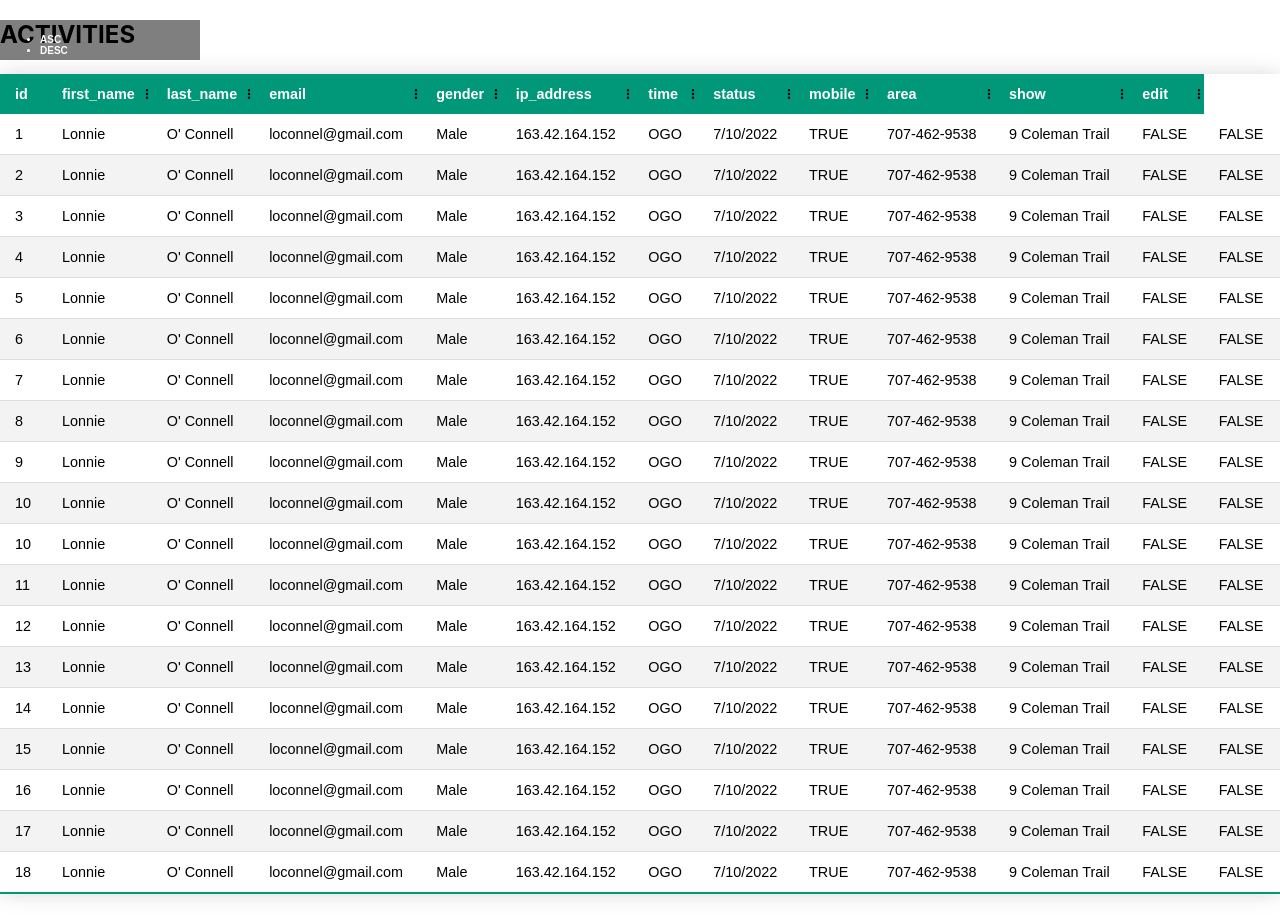
Repository: kartik077-cr7/Ckart
Page: /, after clicking the first element matching `img`
The author's editor kept a copy of each file at every save. The page is drawn from the files as they stood at one save, then again after the next save.
The browser window is 1280 px wide. The pictures show the whole page.
The project was rebuilt for these pictures with package versions that can differ from the ones it lists, and the page was loaded fresh each time.

Above is the page before, as saved 2022-12-10 17:57:24.

### src/App.js
import Table from "./components/Table";
import './App.css';

const driversData = [
  {
    id: 1,
    first_name: "Lonnie",
		last_name: "O' Connell ",
		email: "loconnel@gmail.com",
		gender: "Male",
		ip_address: "163.42.164.152",
		airport_code:"OGO",
		time:"7/10/2022",
		status:"TRUE",
		mobile:"707-462-9538",
		area: "9 Coleman Trail",
		show: "FALSE",
		edit: "FALSE"
  },
  {
    id: 2,
    first_name: "Lonnie",
		last_name: "O' Connell ",
		email: "loconnel@gmail.com",
		gender: "Male",
		ip_address: "163.42.164.152",
		airport_code:"OGO",
		time:"7/10/2022",
		status:"TRUE",
		mobile:"707-462-9538",
		area: "9 Coleman Trail",
		show: "FALSE",
		edit: "FALSE"
  },
  {
    id: 3,
    first_name: "Lonnie",
		last_name: "O' Connell ",
		email: "loconnel@gmail.com",
		gender: "Male",
		ip_address: "163.42.164.152",
		airport_code:"OGO",
		time:"7/10/2022",
		status:"TRUE",
		mobile:"707-462-9538",
		area: "9 Coleman Trail",
		show: "FALSE",
		edit: "FALSE"
  },
  {
    id: 4,
    first_name: "Lonnie",
		last_name: "O' Connell ",
		email: "loconnel@gmail.com",
		gender: "Male",
		ip_address: "163.42.164.152",
		airport_code:"OGO",
		time:"7/10/2022",
		status:"TRUE",
		mobile:"707-462-9538",
		area: "9 Coleman Trail",
		show: "FALSE",
		edit: "FALSE"
  },
  {
    id: 5,
		first_name: "Lonnie",
		last_name: "O' Connell ",
		email: "loconnel@gmail.com",
		gender: "Male",
		ip_address: "163.42.164.152",
		airport_code:"OGO",
		time:"7/10/2022",
		status:"TRUE",
		mobile:"707-462-9538",
		area: "9 Coleman Trail",
		show: "FALSE",
		edit: "FALSE"
  },
  {
    id: 6,
		first_name: "Lonnie",
		last_name: "O' Connell ",
		email: "loconnel@gmail.com",
		gender: "Male",
		ip_address: "163.42.164.152",
		airport_code:"OGO",
		time:"7/10/2022",
		status:"TRUE",
		mobile:"707-462-9538",
		area: "9 Coleman Trail",
		show: "FALSE",
		edit: "FALSE"
  },
  {
    id: 7,
		first_name: "Lonnie",
		last_name: "O' Connell ",
		email: "loconnel@gmail.com",
		gender: "Male",
		ip_address: "163.42.164.152",
		airport_code:"OGO",
		time:"7/10/2022",
		status:"TRUE",
		mobile:"707-462-9538",
		area: "9 Coleman Trail",
		show: "FALSE",
		edit: "FALSE"
  },
  {
    id: 8,
		first_name: "Lonnie",
		last_name: "O' Connell ",
		email: "loconnel@gmail.com",
		gender: "Male",
		ip_address: "163.42.164.152",
		airport_code:"OGO",
		time:"7/10/2022",
		status:"TRUE",
		mobile:"707-462-9538",
		area: "9 Coleman Trail",
		show: "FALSE",
		edit: "FALSE"
  },
  {
    id: 9,
		first_name: "Lonnie",
		last_name: "O' Connell ",
		email: "loconnel@gmail.com",
		gender: "Male",
		ip_address: "163.42.164.152",
		airport_code:"OGO",
		time:"7/10/2022",
		status:"TRUE",
		mobile:"707-462-9538",
		area: "9 Coleman Trail",
		show: "FALSE",
		edit: "FALSE"
  },
  {
    id: 10,
    first_name: "Lonnie",
		last_name: "O' Connell ",
		email: "loconnel@gmail.com",
		gender: "Male",
		ip_address: "163.42.164.152",
		airport_code:"OGO",
		time:"7/10/2022",
		status:"TRUE",
		mobile:"707-462-9538",
		area: "9 Coleman Trail",
		show: "FALSE",
		edit: "FALSE"
  },
  {
    id: 10,
		first_name: "Lonnie",
		last_name: "O' Connell ",
		email: "loconnel@gmail.com",
		gender: "Male",
		ip_address: "163.42.164.152",
		airport_code:"OGO",
		time:"7/10/2022",
		status:"TRUE",
		mobile:"707-462-9538",
		area: "9 Coleman Trail",
		show: "FALSE",
		edit: "FALSE"

  },
  {
    id: 11,
    first_name: "Lonnie",
		last_name: "O' Connell ",
		email: "loconnel@gmail.com",
		gender: "Male",
		ip_address: "163.42.164.152",
		airport_code:"OGO",
		time:"7/10/2022",
		status:"TRUE",
		mobile:"707-462-9538",
		area: "9 Coleman Trail",
		show: "FALSE",
		edit: "FALSE"
  },
  {
    id: 12,
    first_name: "Lonnie",
		last_name: "O' Connell ",
		email: "loconnel@gmail.com",
		gender: "Male",
		ip_address: "163.42.164.152",
		airport_code:"OGO",
		time:"7/10/2022",
		status:"TRUE",
		mobile:"707-462-9538",
		area: "9 Coleman Trail",
		show: "FALSE",
		edit: "FALSE"
  },
  {
    id: 13,
		first_name: "Lonnie",
		last_name: "O' Connell ",
		email: "loconnel@gmail.com",
		gender: "Male",
		ip_address: "163.42.164.152",
		airport_code:"OGO",
		time:"7/10/2022",
		status:"TRUE",
		mobile:"707-462-9538",
		area: "9 Coleman Trail",
		show: "FALSE",
		edit: "FALSE"
  },
  {
    id: 14,
		first_name: "Lonnie",
		last_name: "O' Connell ",
		email: "loconnel@gmail.com",
		gender: "Male",
		ip_address: "163.42.164.152",
		airport_code:"OGO",
		time:"7/10/2022",
		status:"TRUE",
		mobile:"707-462-9538",
		area: "9 Coleman Trail",
		show: "FALSE",
		edit: "FALSE"
  },
  {
    id: 15,
		first_name: "Lonnie",
		last_name: "O' Connell ",
		email: "loconnel@gmail.com",
		gender: "Male",
		ip_address: "163.42.164.152",
		airport_code:"OGO",
		time:"7/10/2022",
		status:"TRUE",
		mobile:"707-462-9538",
		area: "9 Coleman Trail",
		show: "FALSE",
		edit: "FALSE"
  },
  {
    id: 16,
		first_name: "Lonnie",
		last_name: "O' Connell ",
		email: "loconnel@gmail.com",
		gender: "Male",
		ip_address: "163.42.164.152",
		airport_code:"OGO",
		time:"7/10/2022",
		status:"TRUE",
		mobile:"707-462-9538",
		area: "9 Coleman Trail",
		show: "FALSE",
		edit: "FALSE"
  },
  {
    id: 17,
		first_name: "Lonnie",
		last_name: "O' Connell ",
		email: "loconnel@gmail.com",
		gender: "Male",
		ip_address: "163.42.164.152",
		airport_code:"OGO",
		time:"7/10/2022",
		status:"TRUE",
		mobile:"707-462-9538",
		area: "9 Coleman Trail",
		show: "FALSE",
		edit: "FALSE"
  },
  {
    id: 18,
		first_name: "Lonnie",
		last_name: "O' Connell ",
		email: "loconnel@gmail.com",
		gender: "Male",
		ip_address: "163.42.164.152",
		airport_code:"OGO",
		time:"7/10/2022",
		status:"TRUE",
		mobile:"707-462-9538",
		area: "9 Coleman Trail",
		show: "FALSE",
		edit: "FALSE"
  },
];


function App() {
  return (
    <div className="App">
			<Table
			   data = {driversData}
			   headingColumns={["id","first_name","last_name","email","gender","ip_address","time","status","mobile","area","show","edit"]}
				 title = "Activities"
			/>
    </div>
  );
}

export default App;

### src/components/Table.js
import React from "react";
import Column from "./Column";

const Table = ({ data,headingColumns,title,handleFilter,sortedCol }) => {

	const rowDatas = data.map((row,index) => {

		let rowData = [];
		let i = 0;

		for(const key in row){
			rowData.push({
				key: headingColumns[i],
				val: row[key]
			});
			i++;
		}

		const checkStatus = (data) => {
			if(data.key == 'status')
			{
				if(data.val == 'FALSE')
				  return 'red';
				else
				  return 'green';
			}
			else
			  return '';
		}

		return <tr key={index}>
		{rowData.map((data, index) => <td key={index} className={checkStatus(data)}  data-heading={data.key}>{data.val}</td>)}
	  </tr>
	})

	return (
		<div className="table-container">
			<div className="table-title">
				<h2>{title.toUpperCase()}</h2>
			</div>
			<table className="table-class">
				<thead>
					<tr>
						{headingColumns.map((col,index) => (
							<Column sortedCol={sortedCol} handleFilter={handleFilter} key={index} column_name={col} index={index}/>
						))}
					</tr>
				</thead>
				<tbody>
					{rowDatas}
				</tbody>
			</table>
		</div>
	)
}

export default Table;

### src/App.css
.table-container{
	width: 100%;
}
.table-class{
	width: 100%;
	border-collapse: collapse;
	margin: 25px 0;
	font-size: 0.9em;
	font-family: sans-serif;
	min-width: 400px;
	box-shadow: 0 0 20px rgba(0, 0, 0, 0.15);
}

.table-class thead tr {
	background-color: #009879;
	color: #ffffff;
	text-align: left;
}

.table-class th,
.table-class td {
    padding: 12px 15px;
}

.table-class tbody tr {
	border-bottom: 1px solid #dddddd;
}

.table-class tbody tr:nth-of-type(even) {
	background-color: #f3f3f3;
}

.table-class tbody tr:last-of-type {
	border-bottom: 2px solid #009879;
}

.table-class tbody tr.active-row {
	font-weight: bold;
	color: #009879;
}


.modal {
	position: fixed;
	left: 0;
	top: 20px;
	right: 0;
	bottom: 0;
	background-color: rgba(0,0,0,0.5);
	height: 40px;
	width: 200px;
}

.modal-body{
	padding: 0px;
}

### src/components/Column.js
import React from 'react';
import { useState } from 'react';
import Dots from "../svg/vertical_dot.svg";
import Modal from './Modal';

const Column = ({column_name,index}) => {

	const [open, setOpen] = useState(false);

	const handleOpen = () => {
		console.log("opening modal ");
		setOpen(!open);
	};

	const handleClose = () => {
    setOpen(false);
	};

	return (
		<th key = {index} style={{position:"relative"}}>
			{column_name}
			{open && <Modal/>}
			{ index !== 0 && <img
			  onClick = {handleOpen}
				src = {Dots}
				style={{
					width: "10px",
					height: "10px",
					top: "15px",
					right: "0px",
					position: "absolute",
					cursor: "pointer",
				}}
			 />
			}
		</th>
	)
};

export default Column;

### src/components/Modal.js
import React from "react";

const Modal = () => {

	return(
		<div className="modal">
		    <ul>
					<li style={{fontSize:"10px"}}>ASC</li>
					<li style={{fontSize:"10px"}}>DESC</li>
				</ul>
		</div>
	)
};

export default Modal;

Loaded but not shown: public/index.html (common file); src/index.js (common file); src/index.css (common file); src/reportWebVitals.js (common file)

After the next save:
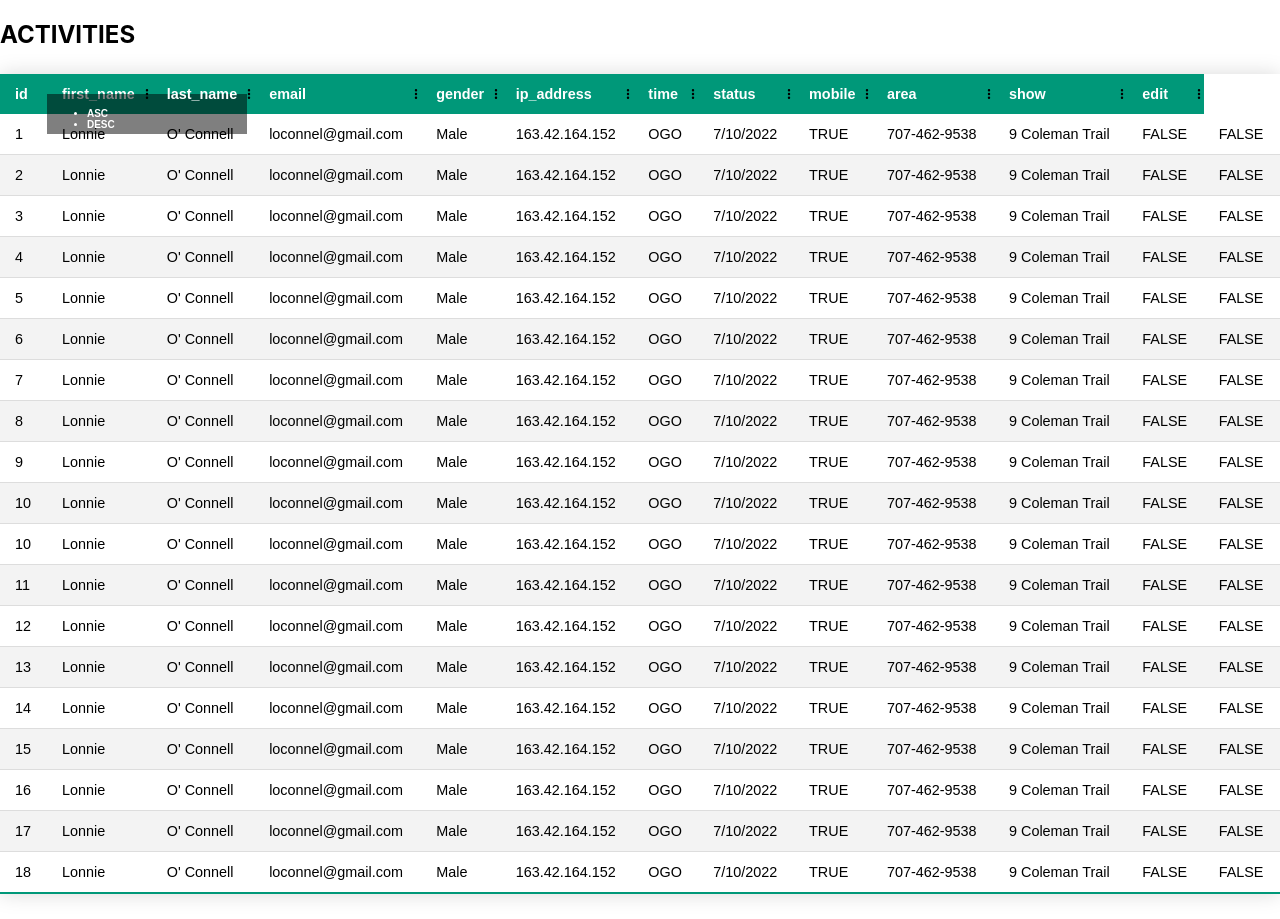
Saved 7 min 11 s later.
--- a/src/App.css
+++ b/src/App.css
@@ -41,7 +41,7 @@
 
 
 .modal {
-	position: fixed;
+	position: absolute;
 	left: 0;
 	top: 20px;
 	right: 0;
